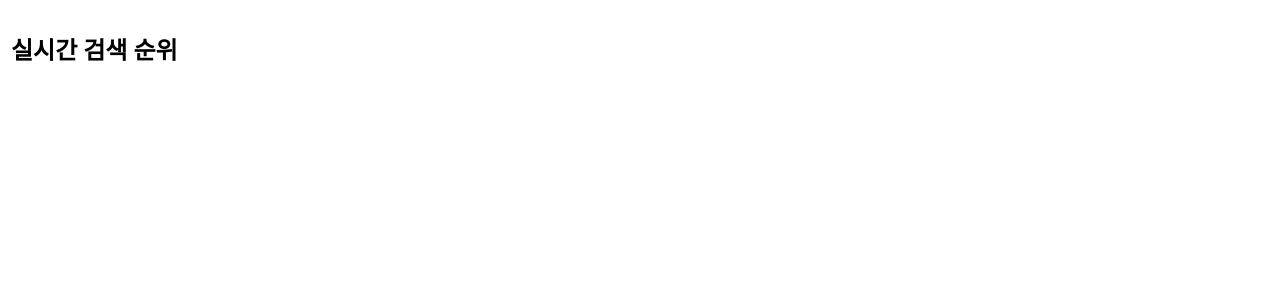
Repository: zoselakt/My_practice_JSP
Page: http://localhost/day09/json_test.jsp
These files come from the project's save history. The page is drawn as it stood at one moment and after a run of saves; the edit follows.
The browser window is 1280 px wide. The pictures show the whole page.
The page is served by Tomcat 9.

Above is the page before, as saved 2022-03-04 10:00:01.

### day09/WebContent/json_test.jsp
<%@ page language="java" contentType="text/html; charset=UTF-8"
    pageEncoding="UTF-8"%>
<!DOCTYPE html>
<html>
<head>
<meta charset="UTF-8">
<title>Insert title here</title>
</head>
<body>
	<table>
		<tr>
			<td><h2>실시간 검색 순위</h2></td>
		</tr>
	</table>
</body>
</html>

After the next 2 saves:
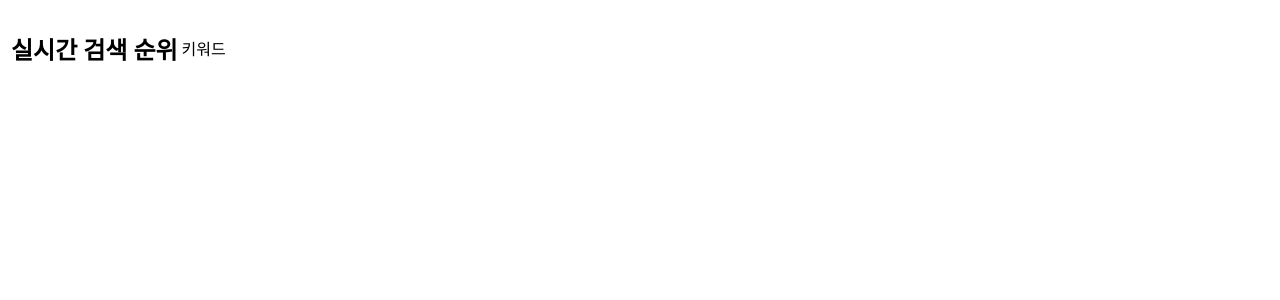
The 2 saves are shown as one change because they came seconds apart.
The last was saved 80 s later.
--- a/day09/WebContent/json_test.jsp
+++ b/day09/WebContent/json_test.jsp
@@ -9,7 +9,8 @@
 <body>
 	<table>
 		<tr>
-			<td><h2>실시간 검색 순위</h2></td>
+			<td class="td1"><h2>실시간 검색 순위</h2></td>
+			<td class="td2"><div>키워드</div></td>
 		</tr>
 	</table>
 </body>
